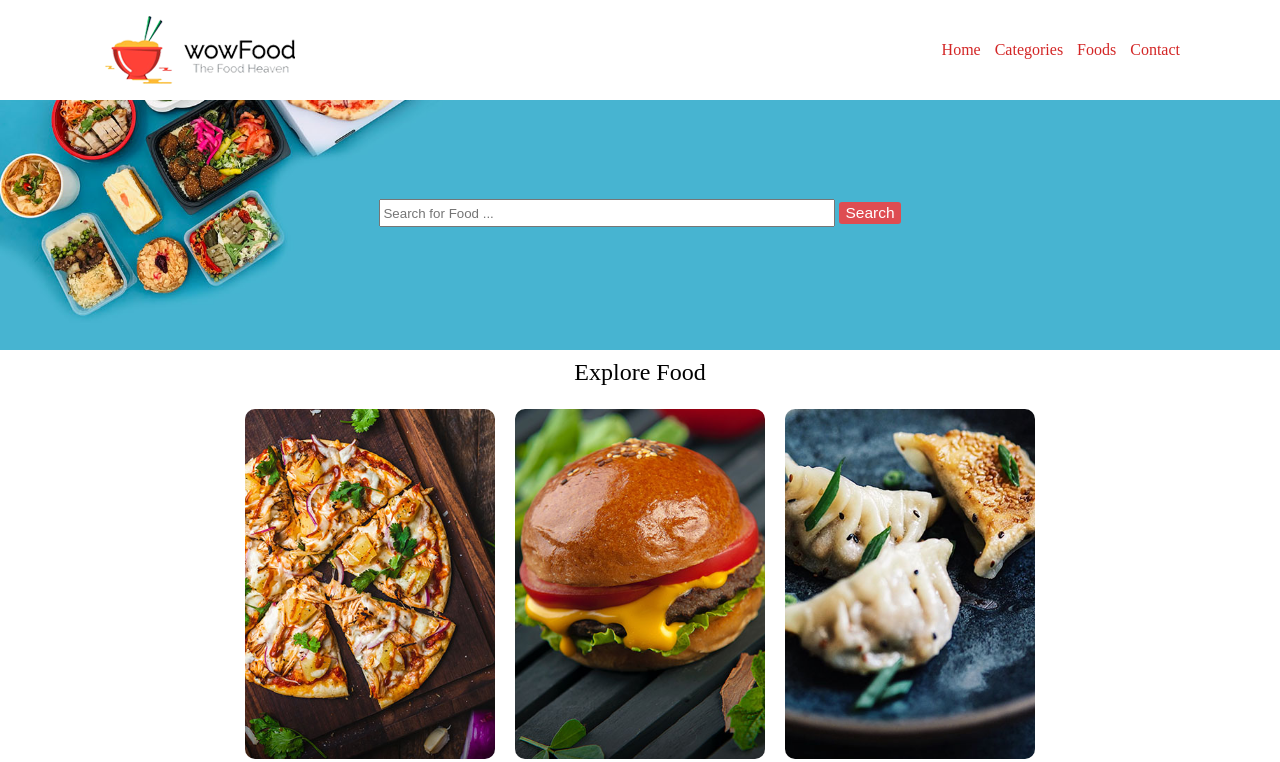
Repository: ruaruababa/WowFood
Page: index.html
These files come from the project's save history. The page is drawn as it stood at one moment and after the next save; the edit follows.
The browser window is 1280 px wide. The pictures show the whole page.

Above is the page before, as saved 2021-09-17 23:16:55.

### index.html
<!DOCTYPE html>
<html lang="en">

<head>
    <meta charset="UTF-8" />
    <meta http-equiv="X-UA-Compatible" content="IE=edge" />
    <meta name="viewport" content="width=device-width, initial-scale=1.0" />
    <title>Document</title>
    <link rel="stylesheet" href="./style.css" />
    <link rel="stylesheet" href="./reset.css" />
</head>

<body>
    <header>
        <div class="container-header">
            <div class="header-left">
                <img src="./img/logo.png" alt="" />
            </div>
            <div class="header-right">
                <ul class="nav">
                    <li class="item"><a href="">Home</a></li>
                    <li class="item"><a href="">Categories</a></li>
                    <li class="item"><a href="">Foods</a></li>
                    <li class="item"><a href="">Contact</a></li>
                </ul>
            </div>
        </div>
    </header>
    <nav>
        <div class="container-nav">
            <div class="background-search">
                <img src="./img/bg.jpg" alt="bgr-search" />
            </div>
            <div class="form">
                <input type="text" placeholder="Search for Food ..." class="input-search" />
                <input type="button" value="Search" class="btn-search" />
            </div>
        </div>
    </nav>
    <section>
        <div class="container-section">
            <div class="explore-food">Explore Food</div>
            <div class="collection-food">
                <ul class="list-food">
                    <li class="item"><img src="./img/pizza.jpg" alt="" /></li>
                    <li class="item"><img src="./img/burger.jpg" alt="" /></li>
                    <li class="item"><img src="./img/momo.jpg" alt="" /></li>
                </ul>
            </div>
        </div>
    </section>
</body>

</html>

### style.css
.container-header{
    display: flex;
    justify-content: space-between;
    align-items: center;
    margin-top: 15px;
}
.header-left{
    display: flex;
    margin-left: 100px;
}
.header-left img {
}
.name-brand{
    margin-top: 50%;
}

.header-right{
    margin-right: 100px;
}
.nav{
    list-style: none;
}
.nav li{
    display: inline;
    padding-left: 10px;
}
.nav li a {
    text-decoration: none;
    color: rgb(211, 38, 38);
}
nav{
    position: relative;
    max-width: 100%;
    max-height: 100%;
    height: 250px;
}
.container-nav {
    text-align: center;
}
.background-search {
    height: 250px;
}
.background-search img{
    margin-top: 15px;
    height: inherit;
    width: 100%;
    object-fit: cover;
}
.form{
    width: 100%;
    position: absolute;
    top: 50%;
    left: 50%;
    transform: translate(-50%, -50%);
    height: 22px;
}
.input-search{
    width: 35%;
    height: inherit;
}
.btn-search{
    background-color: rgba(250, 59, 59, 0.849);
    border: none;
    border-radius: 3px;
    font-size: 15.5px;
    color: white;
    height: inherit;
}
.list-food{
    display: flex;
    justify-content: center;
    column-gap: 20px;
}
.explore-food{
    font-size: 24px;
    text-align: center;
    padding: 25px 0;
}
.list-food li {
    width: 250px;
    height: 350px;
}

.list-food li img {
    width: 100%;
    height: 100%;
    object-fit: cover;
    border-radius: 10px;
}

Loaded but not shown: reset.css (common file)

After the next save:
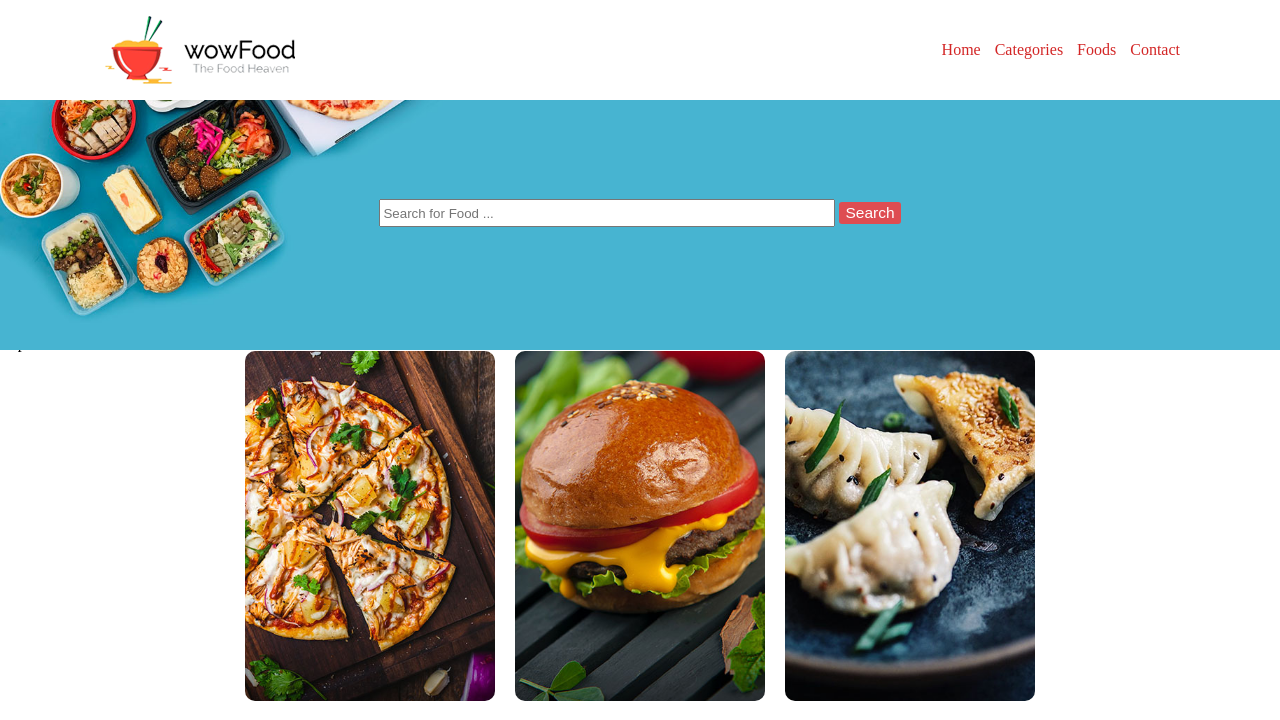
Saved 2 min 46 s later.
--- a/style.css
+++ b/style.css
@@ -71,11 +71,6 @@ nav{
     justify-content: center;
     column-gap: 20px;
 }
-.explore-food{
-    font-size: 24px;
-    text-align: center;
-    padding: 25px 0;
-}
 .list-food li {
     width: 250px;
     height: 350px;
